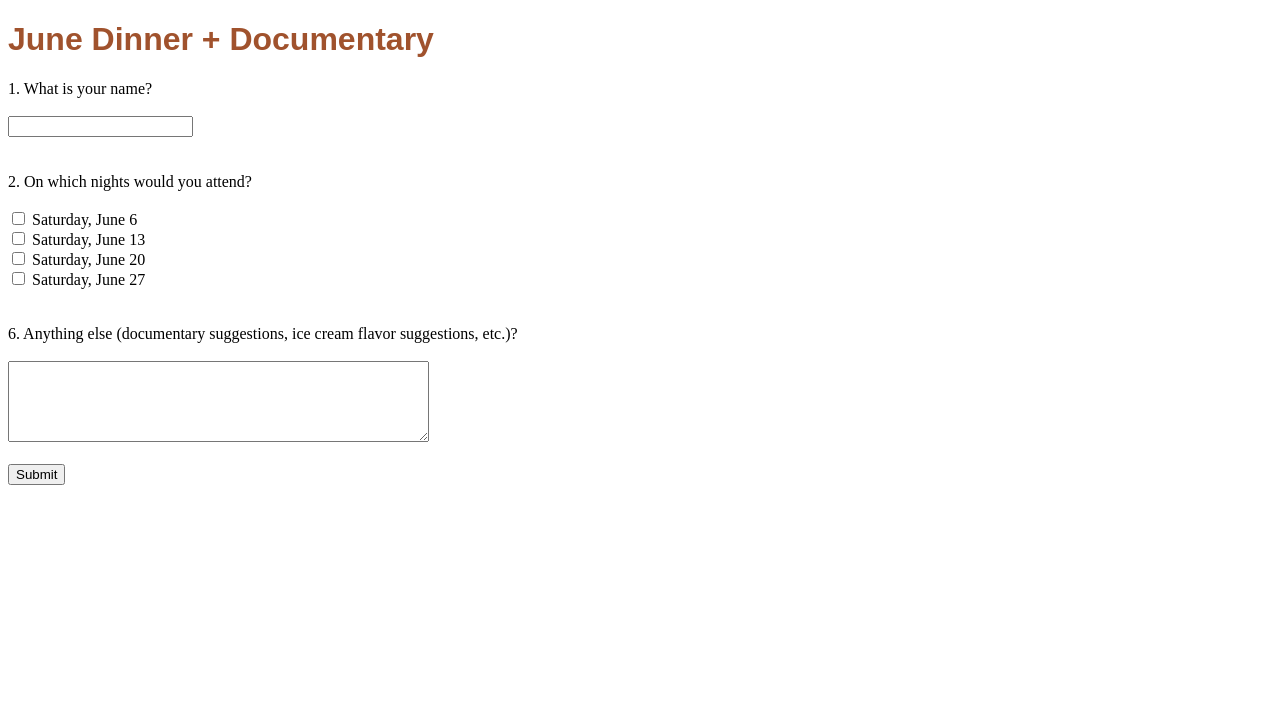
Repository: bhuhmann/event-survey
Page: survey.html
These files come from the project's save history. The page is drawn as it stood at one moment and after the next save; the edit follows.
The browser window is 1280 px wide. The pictures show the whole page.

Above is the page before, as saved 2020-04-01 16:58:43.

After the next save:
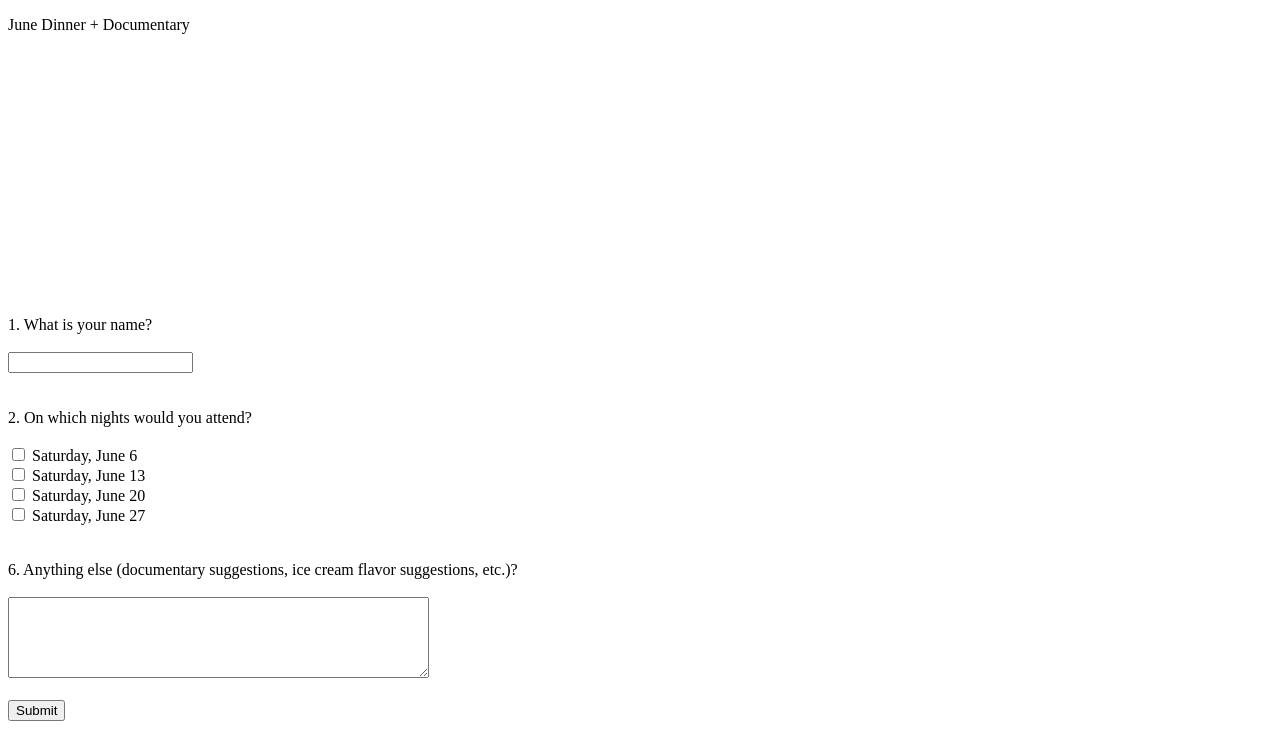
Saved 7 s later.
--- a/survey.html
+++ b/survey.html
@@ -7,7 +7,9 @@
     </head>
 
     <body>
-        <h1>June Dinner + Documentary</h1>
+        <div class="image">
+            <p class="caption">June Dinner + Documentary</p>
+          </div>
         <!--TODO: form needs an action="" something, but I don't know how this works yet-->
         <form method="GET">
             <!--TODO: consider if further data validation would be useful-->
